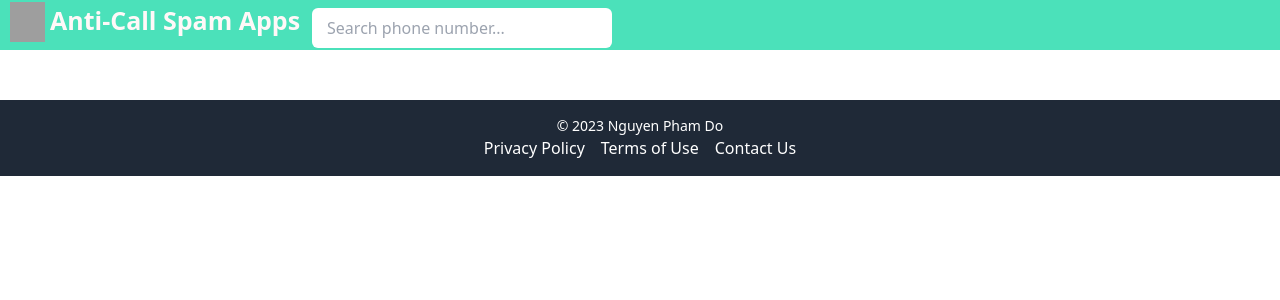
Repository: NPham1402/Web-user-callSpamBlocker
Page: /detail
An editor plug-in stored every save of this project. The page is shown before and after the next save, followed by the edit.
The browser window is 1280 px wide. The pictures show the whole page.
Pictures or frames that could not be fetched are drawn as grey boxes. The project was rebuilt for these pictures with package versions that can differ from the ones it lists, and the page was loaded fresh each time. The framework's server and built-in components were replaced by stand-ins that run in the browser. Also part of the build but not shown: next.config.js.

Above is the page before, as saved 2023-02-09 20:50:24.

### pages/detail.js
import Head from "next/head";
import { useRouter } from "next/router";
import React from "react";

function detail() {
  const router = useRouter();
  const {
    query: { id },
  } = router;
  return (
    <>
      {" "}
      <Head>
        <title>Check number spam</title>
        <meta name="description" content="Generated by create next app" />
        <meta name="viewport" content="width=device-width, initial-scale=1" />
        <link rel="icon" href="/favicon.ico" />
      </Head>
      <main className="relative">
        <div className="w-100 pl-[10px] pt-[2px] flex flex-row h-[50px] bg-[#4BE1BA]">
          <img
            src="https://static.callblocker.org/img/logo.png"
            className=" w-[35px] h-[40px]"
          />
          <p className="pl-[5px] pt-[6px] leading-none font-Raleway font-semibold text-[25px] text-[#FFF8F8] ">
            Anti-Call Spam Apps
          </p>
          <input
            className="w-[300px] h-[40px] ml-[12px] mt-[6px] rounded-[6px] p-[15px]"
            placeholder="Search phone number..."
          />
        </div>
      </main>
      <footer class="bg-gray-800 mt-[50px] text-white py-4">
        <div class="container mx-auto">
          <p class="text-center text-sm">&copy; 2023 Nguyen Pham Do</p>
          <div class="flex justify-center">
            <a href="#" class="text-white mx-2">
              Privacy Policy
            </a>
            <a href="#" class="text-white mx-2">
              Terms of Use
            </a>
            <a href="#" class="text-white mx-2">
              Contact Us
            </a>
          </div>
        </div>
      </footer>
    </>
  );
}

export default detail;

### styles/globals.css
@tailwind base;
@tailwind components;
@tailwind utilities;
@import url('https://fonts.googleapis.com/css2?family=Raleway:ital&display=swap');

Loaded but not shown: pages/_app.js (common file); pages/_document.js (common file); tailwind.config.js (common file)

After the next save:
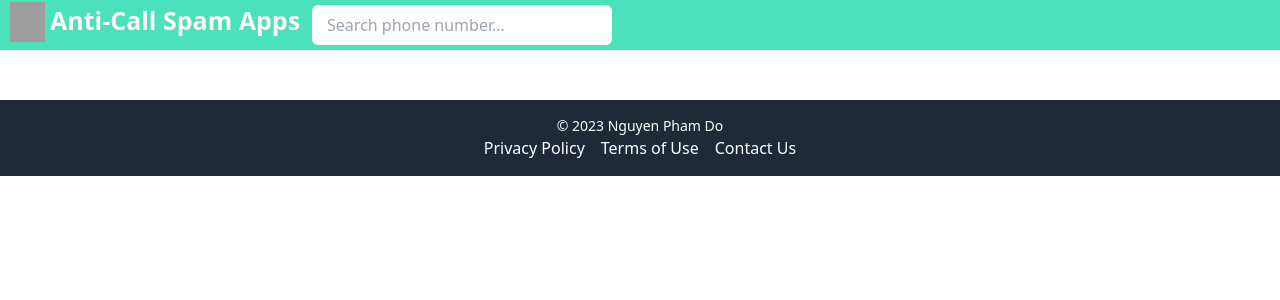
Saved 4 s later.
--- a/pages/detail.js
+++ b/pages/detail.js
@@ -26,7 +26,7 @@ function detail() {
             Anti-Call Spam Apps
           </p>
           <input
-            className="w-[300px] h-[40px] ml-[12px] mt-[6px] rounded-[6px] p-[15px]"
+            className="w-[300px] h-[40px] ml-[12px] mt-[3px] rounded-[6px] p-[15px]"
             placeholder="Search phone number..."
           />
         </div>
